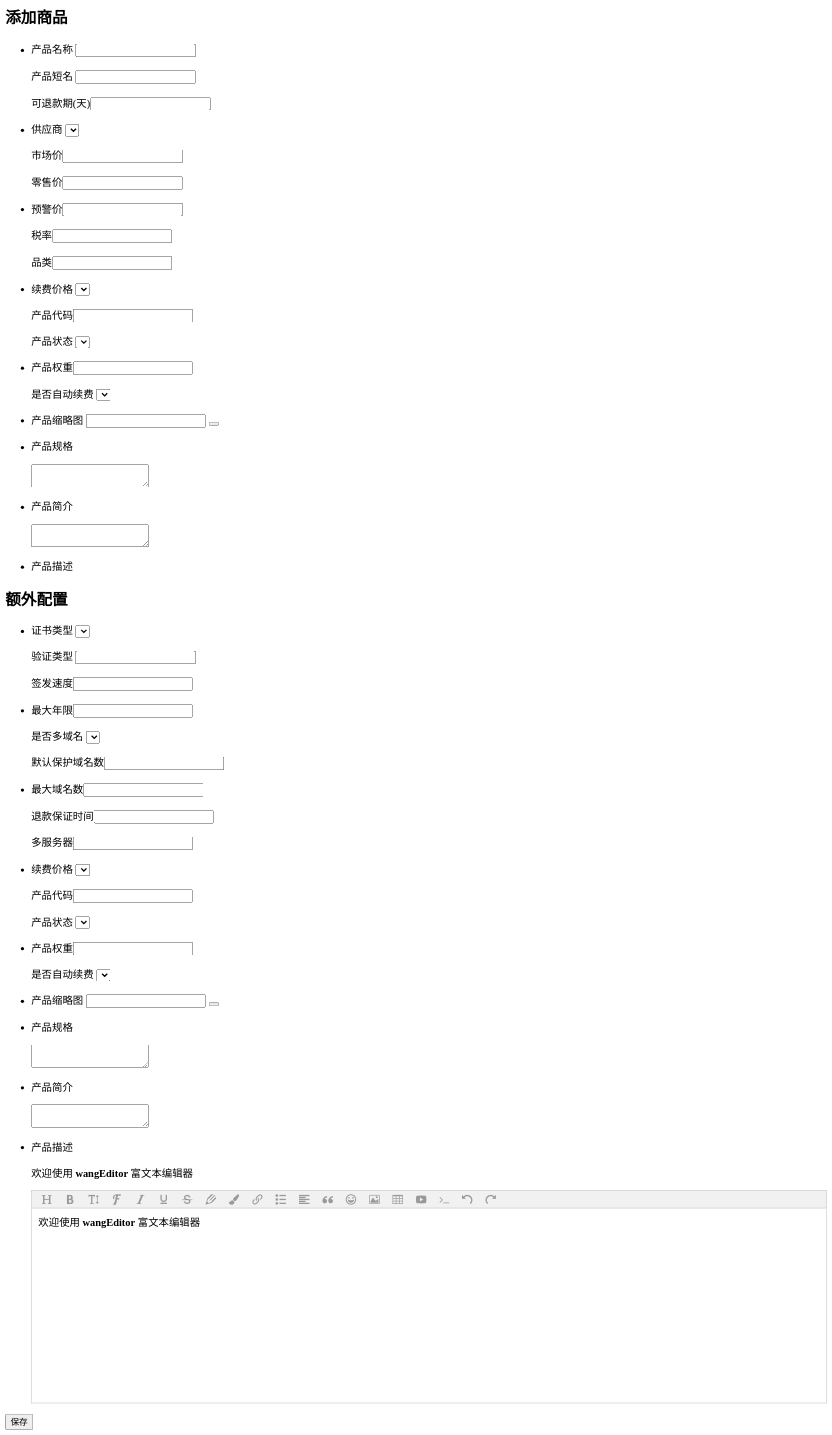
Repository: wangyan466393/racentSystem
Page: addProduct.html
These files come from the project's save history. The page is drawn as it stood at one moment and after the next save; the edit follows.
The browser window is 1280 px wide. The pictures show the whole page, at 65% of full size.

Above is the page before, as saved 2020-08-19 21:48:54.

After the next save:
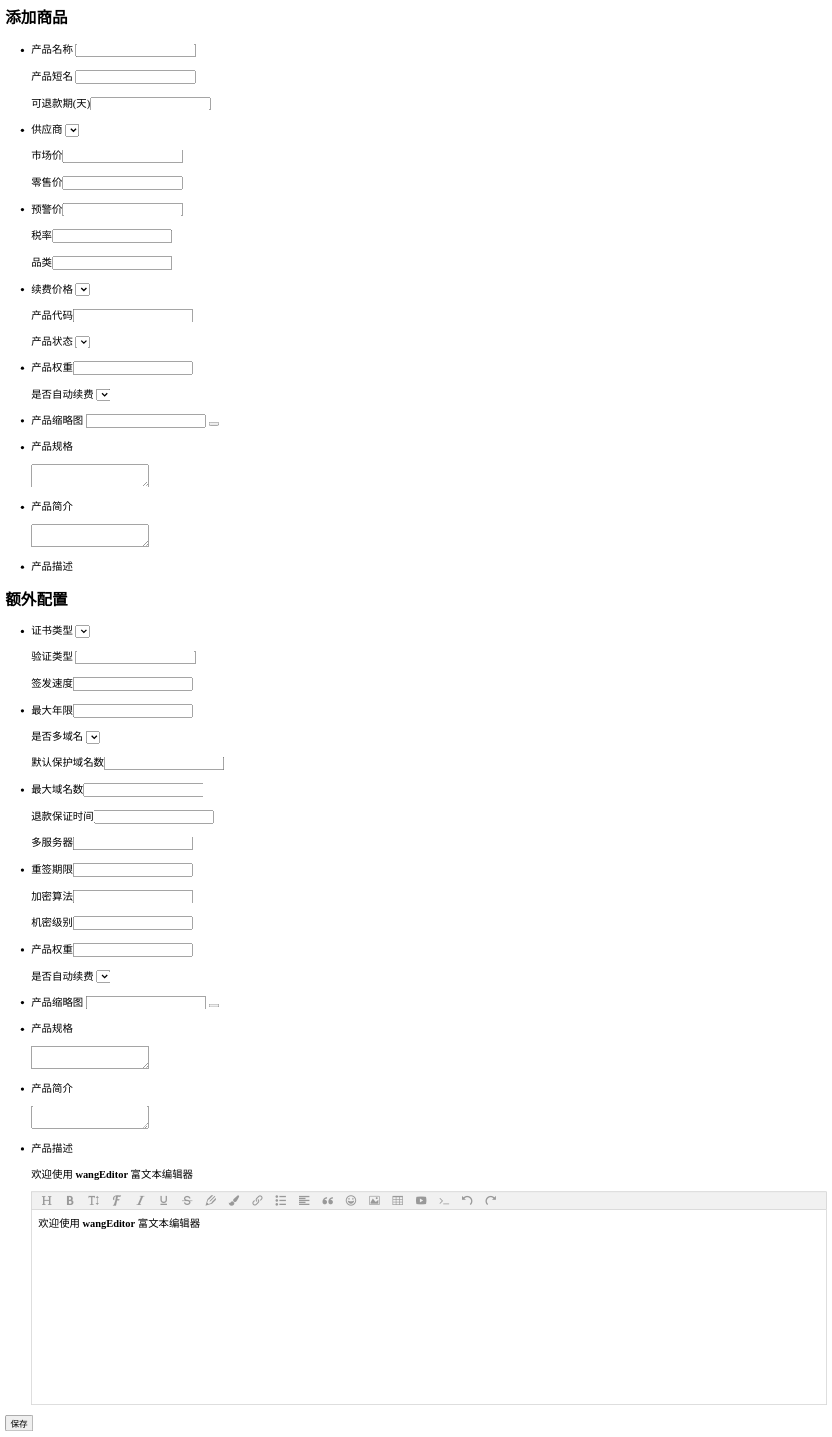
Saved 59 s later.
--- a/addProduct.html
+++ b/addProduct.html
@@ -149,19 +149,13 @@
                 </li>
                 <li>
                     <p>
-                        <span>续费价格</span>
-                        <select name="" id="" class="sel">
-                            <option value=""></option>
-                        </select>
-                    </p>
-                    <p>
-                        <span>产品代码</span><input type="text" >
-                    </p>
-                    <p>
-                        <span>产品状态</span>
-                        <select name="" id="" class="sel">
-                            <option value=""></option>
-                        </select>
+                        <span>重签期限</span><input type="text" >
+                    </p>
+                    <p>
+                        <span>加密算法</span><input type="text" >
+                    </p>
+                    <p>
+                        <span>机密级别</span><input type="text" >
                     </p>
                 </li>
                 <li>
